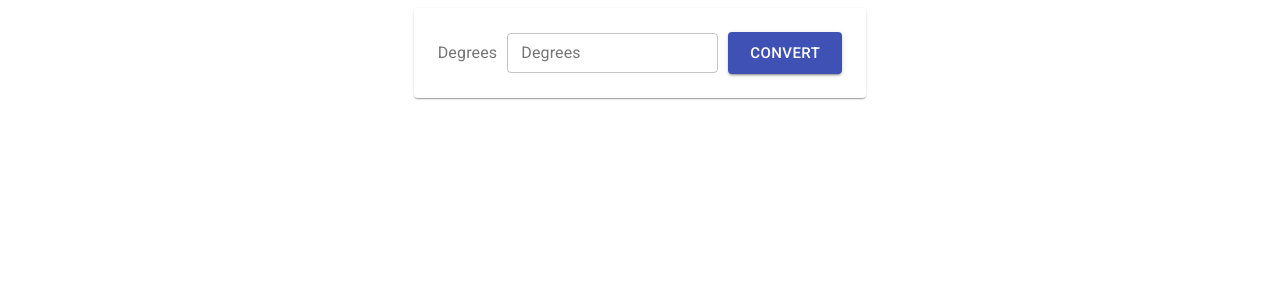
Repository: zum281/temperature-converter
Page: /
These files come from the project's save history. The page is drawn as it stood at one moment and after the next save; the edit follows.
The browser window is 1280 px wide. The pictures show the whole page.
The project was rebuilt for these pictures with package versions that can differ from the ones it lists, and the page was loaded fresh each time. Also part of the build but not shown: src/index.css.

Above is the page before, as saved 2021-07-09 13:38:21.

### public/index.html
<!DOCTYPE html>
<html lang="en">

  <head>
    <meta charset="utf-8" />
    <link rel="icon" href="%PUBLIC_URL%/favicon.ico" />
    <meta name="viewport" content="width=device-width, initial-scale=1" />
    <meta name="theme-color" content="#000000" />
    <meta name="description" content="Web site created using create-react-app" />
    <link rel="apple-touch-icon" href="%PUBLIC_URL%/logo192.png" />
    <!--
      manifest.json provides metadata used when your web app is installed on a
      user's mobile device or desktop. See https://developers.google.com/web/fundamentals/web-app-manifest/
    -->
    <link rel="manifest" href="%PUBLIC_URL%/manifest.json" />
    <!--
      Notice the use of %PUBLIC_URL% in the tags above.
      It will be replaced with the URL of the `public` folder during the build.
      Only files inside the `public` folder can be referenced from the HTML.

      Unlike "/favicon.ico" or "favicon.ico", "%PUBLIC_URL%/favicon.ico" will
      work correctly both with client-side routing and a non-root public URL.
      Learn how to configure a non-root public URL by running `npm run build`.
    -->
    <link rel="stylesheet" href="https://fonts.googleapis.com/css?family=Roboto:300,400,500,700&display=swap" />
    <title>Temperature Converter</title>
  </head>

  <body>
    <noscript>You need to enable JavaScript to run this app.</noscript>
    <div id="root"></div>
    <!--
      This HTML file is a template.
      If you open it directly in the browser, you will see an empty page.

      You can add webfonts, meta tags, or analytics to this file.
      The build step will place the bundled scripts into the <body> tag.

      To begin the development, run `npm start` or `yarn start`.
      To create a production bundle, use `npm run build` or `yarn build`.
    -->
  </body>

</html>

### src/App.js
import { makeStyles } from "@material-ui/core/styles";
import {
    Paper,
    Button,
    TextField,
    InputLabel,
    FormControl,
} from "@material-ui/core";

const useStyles = makeStyles((theme) => {
    return {
        root: {
            display: "flex",
            alignItems: "center",
            justifyContent: "center",
        },
        paper: {
            padding: theme.spacing(3),
            maxWidth: "600px",
        },
        form: {
            display: "flex",
            alignItems: "center",
            justifyContent: "center",
            gap: "10px",
        },
    };
});

function App() {
    const classes = useStyles();
    return (
        <div className={classes.root}>
            <Paper className={classes.paper}>
                <form noValidate autoComplete="off" className={classes.form}>
                    <InputLabel htmlFor="degrees">Degrees</InputLabel>
                    <TextField
                        type="number"
                        id="degrees"
                        size="small"
                        variant="outlined"
                        label="Degrees"
                    />

                    <Button variant="contained" color="primary" size="large">
                        convert
                    </Button>
                </form>
            </Paper>
        </div>
    );
}

export default App;

Loaded but not shown: src/index.js (common file); src/index.css (no copy from this time; the picture is the same without it)

After the next save:
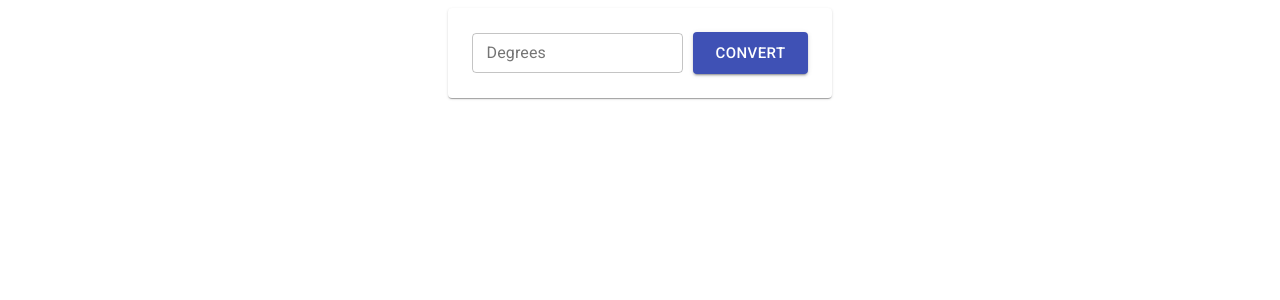
Saved 7 s later.
--- a/src/App.js
+++ b/src/App.js
@@ -33,10 +33,8 @@ function App() {
         <div className={classes.root}>
             <Paper className={classes.paper}>
                 <form noValidate autoComplete="off" className={classes.form}>
-                    <InputLabel htmlFor="degrees">Degrees</InputLabel>
                     <TextField
                         type="number"
-                        id="degrees"
                         size="small"
                         variant="outlined"
                         label="Degrees"
